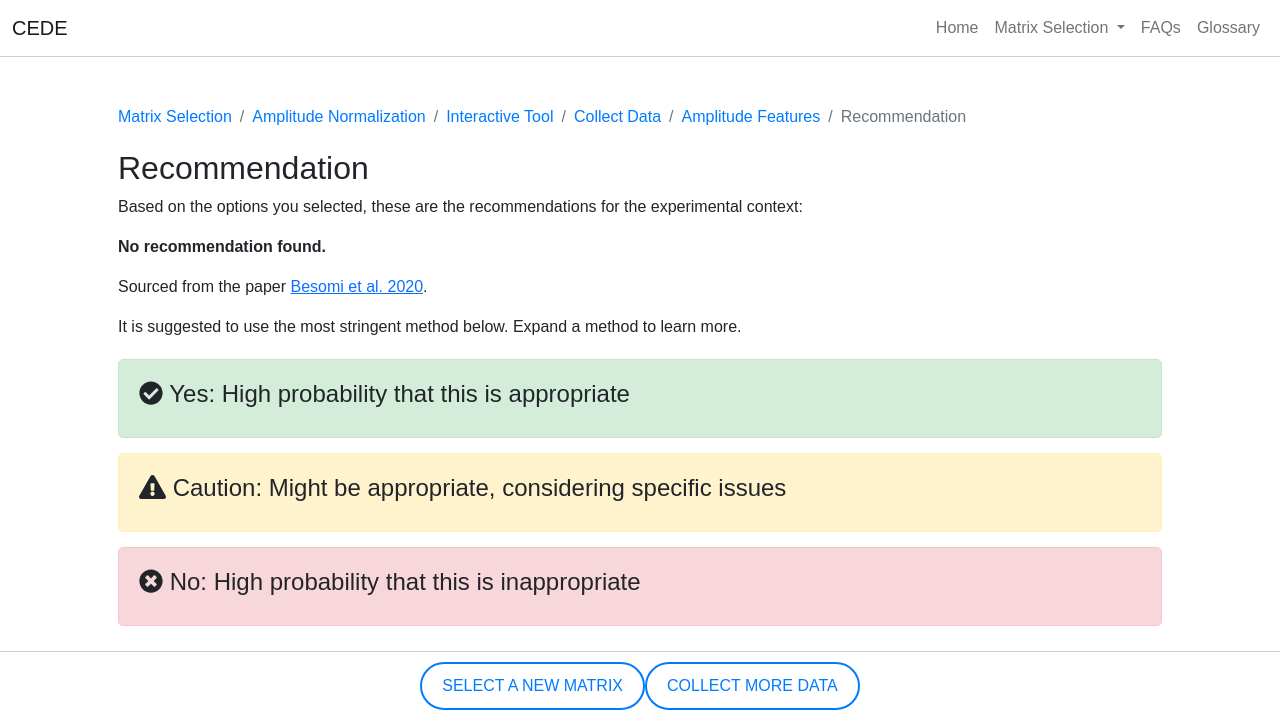
Repository: devashrisamani/CEDE-Website
Page: website/amplitude.html
These files come from the project's save history. The page is drawn as it stood at one moment and after a run of saves; the edit follows.
The browser window is 1280 px wide. The pictures show the whole page.
Some web libraries are served in a nearby version.

Above is the page before, as saved 2024-06-24 10:54:10.

After the next 2 saves:
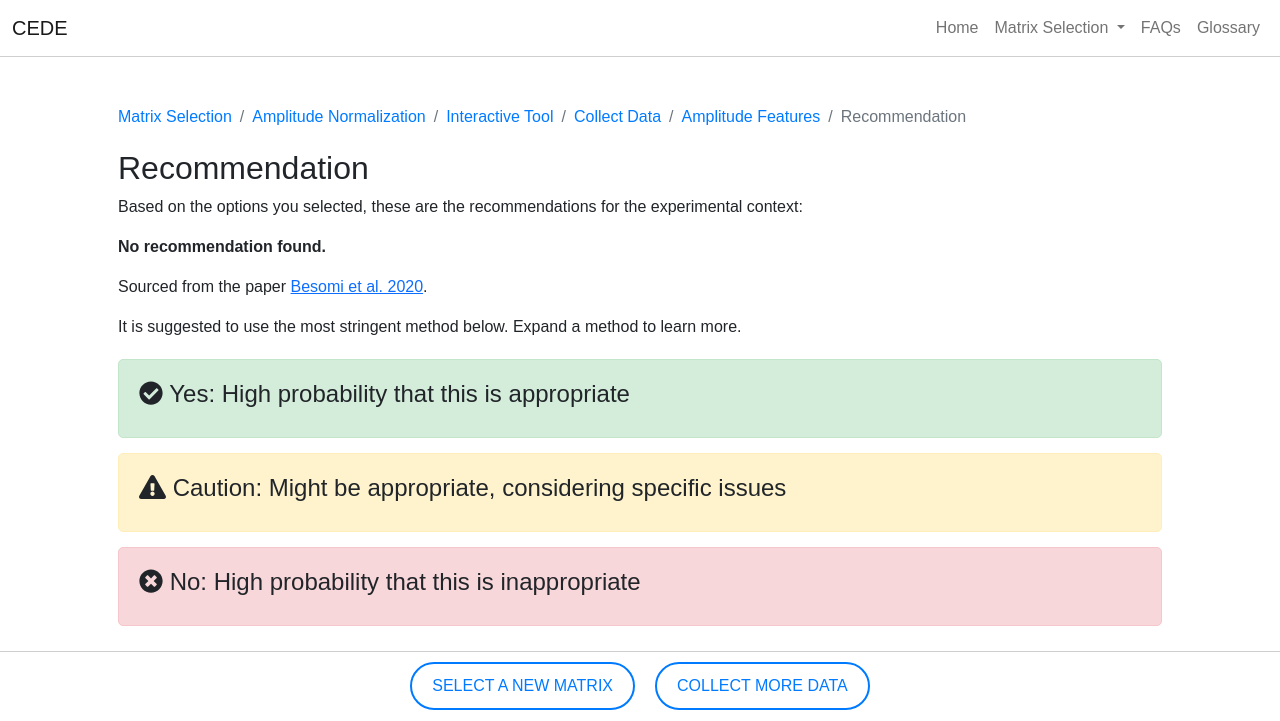
The 2 saves are shown as one change because they came seconds apart.
The last was saved 99 s later.
--- a/website/amplitude.html
+++ b/website/amplitude.html
@@ -92,6 +92,11 @@
         background-color: white;
         color: #007bff;
         text-transform: uppercase;
+        margin-right: 20px; /* Adjust the value as needed */
+      }
+
+      .btn-container .btn:last-child {
+        margin-right: 0; /* Remove the margin for the last button */
       }
 
       .btn-container .btn:hover {
